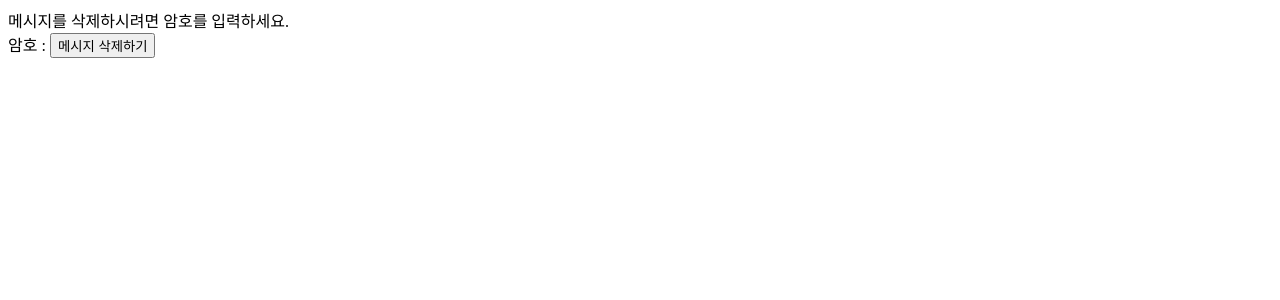
Repository: teeeeeeemo/workspace_jsp
Page: http://localhost/chap15/confirmDeletion.jsp
The author's editor kept a copy of each file at every save. The page is drawn from the files as they stood at one save, then again after the next save.
The browser window is 1280 px wide. The pictures show the whole page.
The page is served by Tomcat 9.

Above is the page before, as saved 2017-01-14 02:10:02.

After the next save:
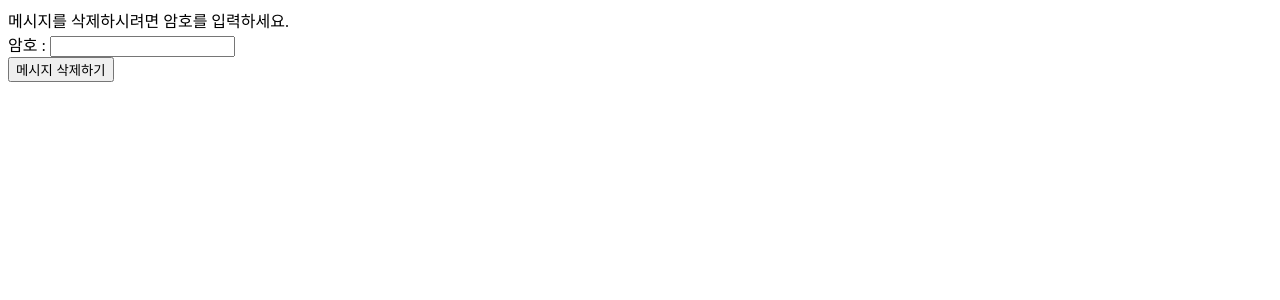
Saved 79 s later.
--- a/chap15/WebContent/confirmDeletion.jsp
+++ b/chap15/WebContent/confirmDeletion.jsp
@@ -10,8 +10,9 @@
 <form action = "deleteMessage.jsp" method="post">
 <input type = "hidden" name="messageId" value = "${param.messageId}">
 메시지를 삭제하시려면 암호를 입력하세요.<br>
-암호 : <input type="submit" value="메시지 삭제하기">
-</form}
+암호 : <input type="password" name="password"> <br>
+<input type="submit" value="메시지 삭제하기">
+</form>
 
 </body>
 </html>
